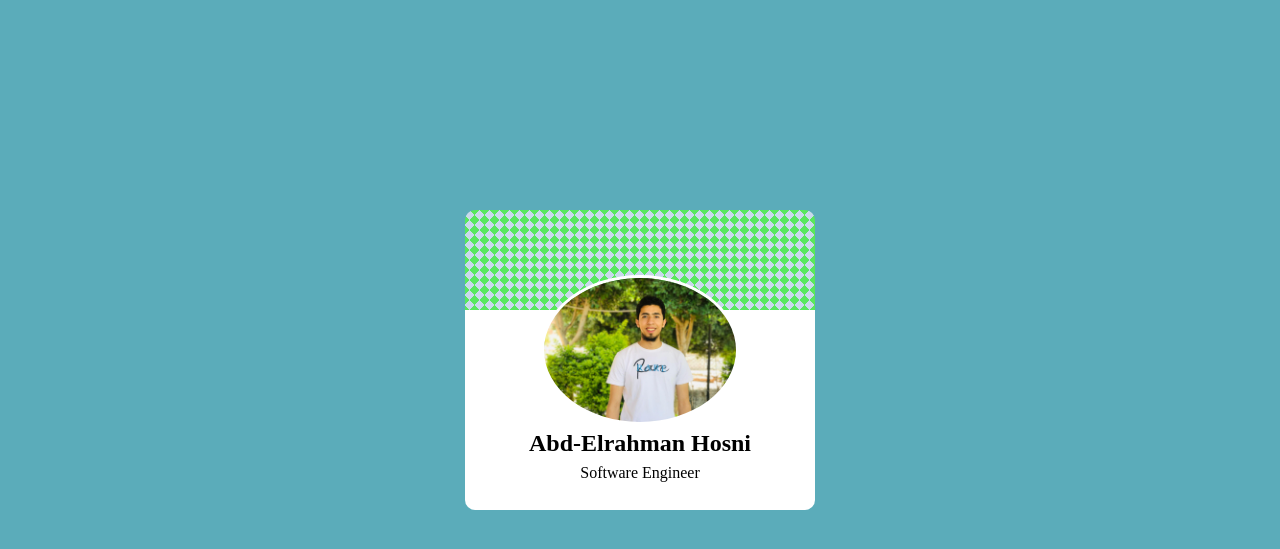
Repository: Abdo-Hosni123/Html-and-css-projects
Page: index.html
The author's editor kept a copy of each file at every save. The page is drawn from the files as they stood at one save, then again after the next save.
The browser window is 1280 px wide. The pictures show the whole page.

Above is the page before, as saved 2023-12-05 22:36:20.

After the next save:
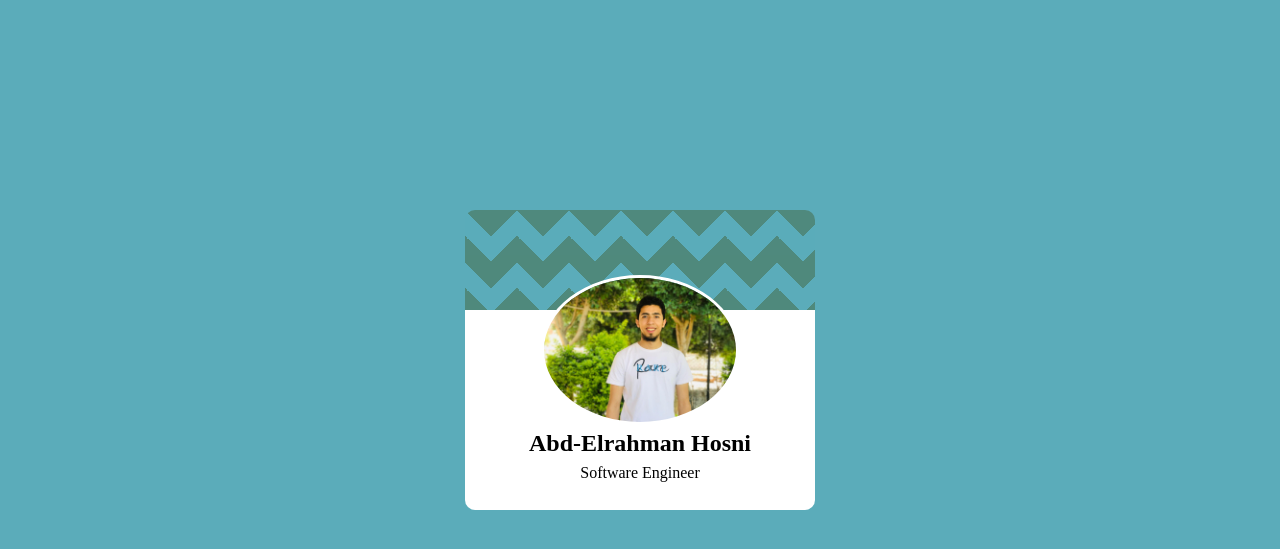
Saved 24 s later.
--- a/Style.css
+++ b/Style.css
@@ -45,9 +45,11 @@ isolation: isolate;
     height: 100px;
     background-color: #e5e5f7;
     opacity: 0.8;
-    background-image:  linear-gradient(135deg, #58f745 25%, transparent 25%), linear-gradient(225deg, #58f745 25%, transparent 25%), linear-gradient(45deg, #58f745 25%, transparent 25%), linear-gradient(315deg, #58f745 25%, #e5e5f7 25%);
-    background-position:  10px 0, 10px 0, 0 0, 0 0;
-    background-size: 10px 10px;
+    background-color: #5bacba;
+    opacity: 0.5;
+    background-image:  linear-gradient(135deg, #446740 25%, transparent 25%), linear-gradient(225deg, #446740 25%, transparent 25%), linear-gradient(45deg, #446740 25%, transparent 25%), linear-gradient(315deg, #446740 25%, #5bacba 25%);
+    background-position:  26px 0, 26px 0, 0 0, 0 0;
+    background-size: 52px 52px;
     background-repeat: repeat;
     z-index: 1;
 }
